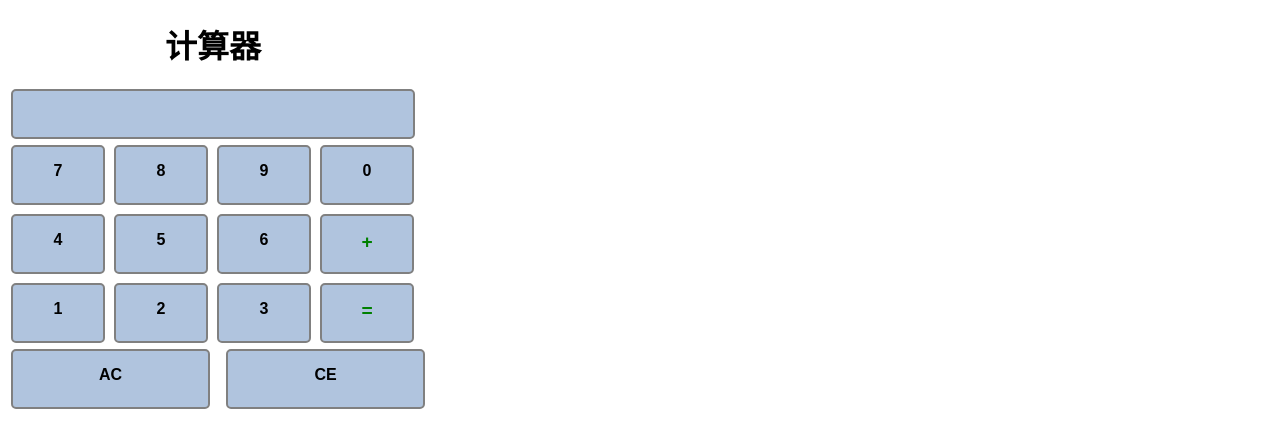
Repository: fzw1202/web-calculator
Page: index.html
An editor plug-in stored every save of this project. The page is shown before and after the next save, followed by the edit.
The browser window is 1280 px wide. The pictures show the whole page.

Above is the page before, as saved 2023-03-24 14:40:24.

After the next save:
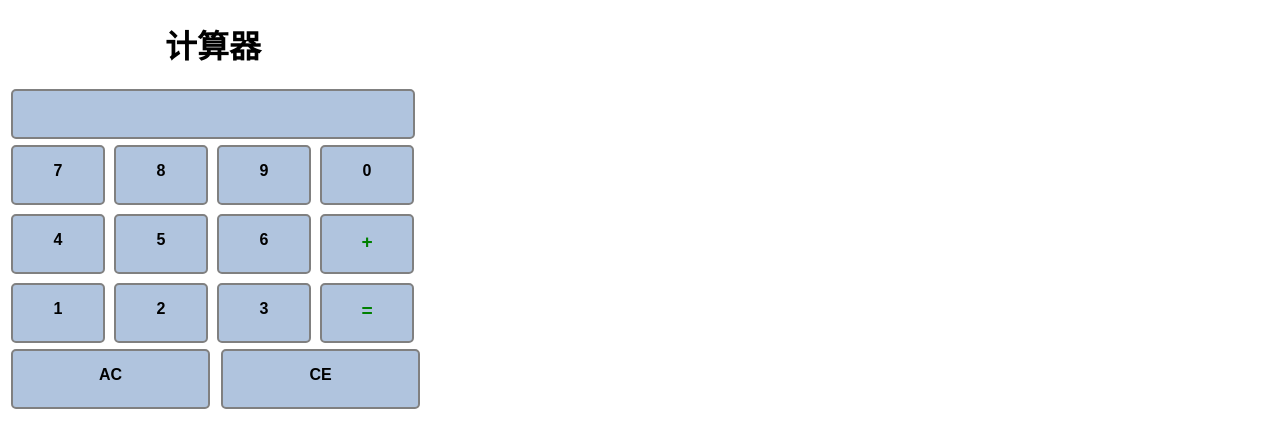
Saved 4 s later.
--- a/css/style.css
+++ b/css/style.css
@@ -54,7 +54,7 @@ body {
 .function{
     display: grid;
     grid-template-columns: 205px 205px;
-    gap: 10px;
+    gap: 5px;
 }
 
 .function > div {
